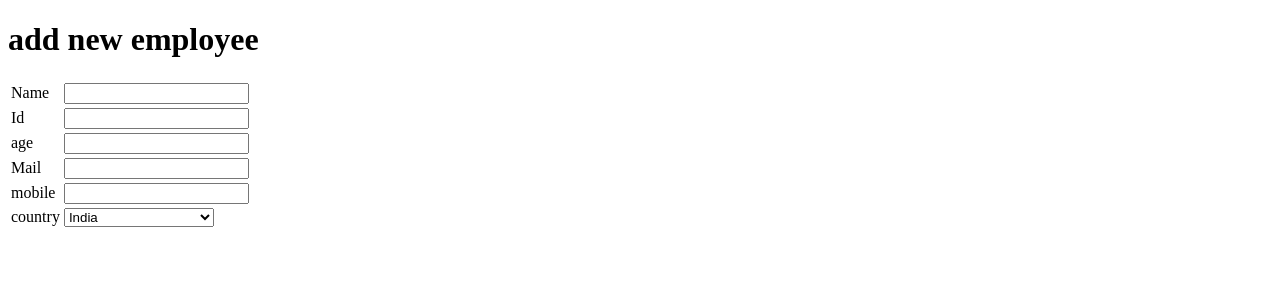
Repository: zeeshan495/AdvanceJava
Page: CrudServlets/WebContent/index.html
The author's editor kept a copy of each file at every save. The page is drawn from the files as they stood at one save, then again after the next save.
The browser window is 1280 px wide. The pictures show the whole page.

Above is the page before, as saved 2018-06-28 09:39:23.

### CrudServlets/WebContent/index.html
<!Doctype html>
<html>
<head>
<meta charset="UTF-8">
<title>Employees Details</title>
</head>
<body>
<h1>add new employee</h1>
<form action="saveServlet" method="post">
<table>
<tr><td>Name</td><td><input type="text" name="name"></td></tr>
<tr><td>Id</td><td><input type="text" name="id"></td></tr>
<tr><td>age</td><td><input type="text" name="age"></td></tr>
<tr><td>Mail</td><td><input type="email" name="mail"></td></tr>
<tr><td>mobile</td><td><input type="text" name="number"></td></tr>
<tr><td>country</td><td><select name="country" style="width:150px">
<option>India</option>
<option>USA</option>
<option>UK</option>
<option>Other</option>
</select>
</td></tr>
</select>
</table>
</form>
</body>
</html>

After the next save:
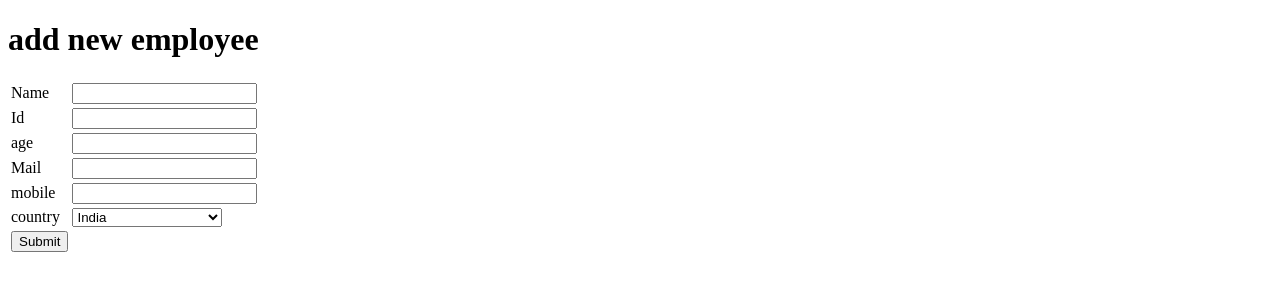
Saved 2 min 26 s later.
--- a/CrudServlets/WebContent/index.html
+++ b/CrudServlets/WebContent/index.html
@@ -20,7 +20,10 @@
 <option>Other</option>
 </select>
 </td></tr>
-</select>
+<tr><td><input type="submit" name="save"></td></tr>
+
+
+
 </table>
 </form>
 </body>
